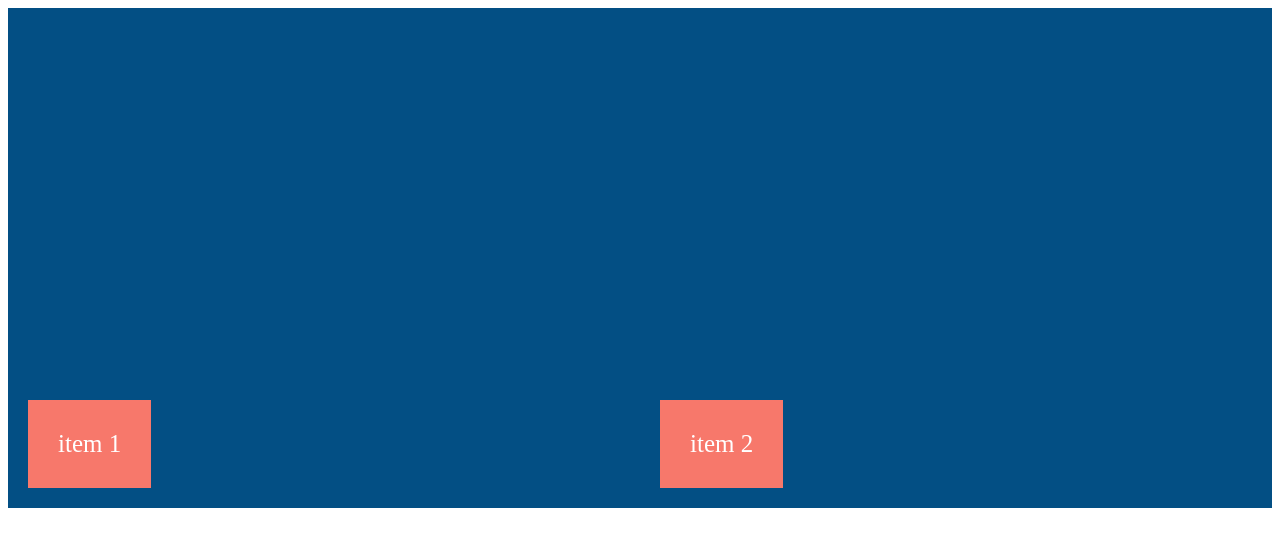
Repository: mehmetbuber38/flex
Page: flex-margin.html
The author's editor kept a copy of each file at every save. The page is drawn from the files as they stood at one save, then again after the next save.
The browser window is 1280 px wide. The pictures show the whole page.

Above is the page before, as saved 2022-01-31 21:37:48.

After the next save:
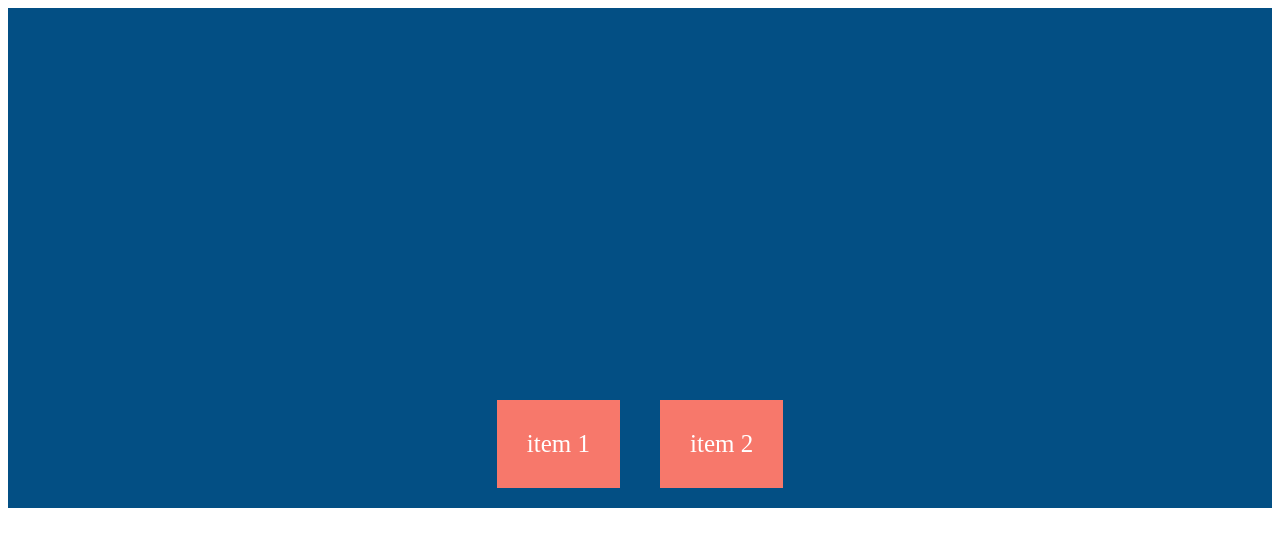
Saved 4 s later.
--- a/flex-margin.html
+++ b/flex-margin.html
@@ -34,7 +34,7 @@
     }
 
     .item-1 {
-        margin-right: auto;
+        margin-left: auto;
         margin-top: auto;
 
     }
